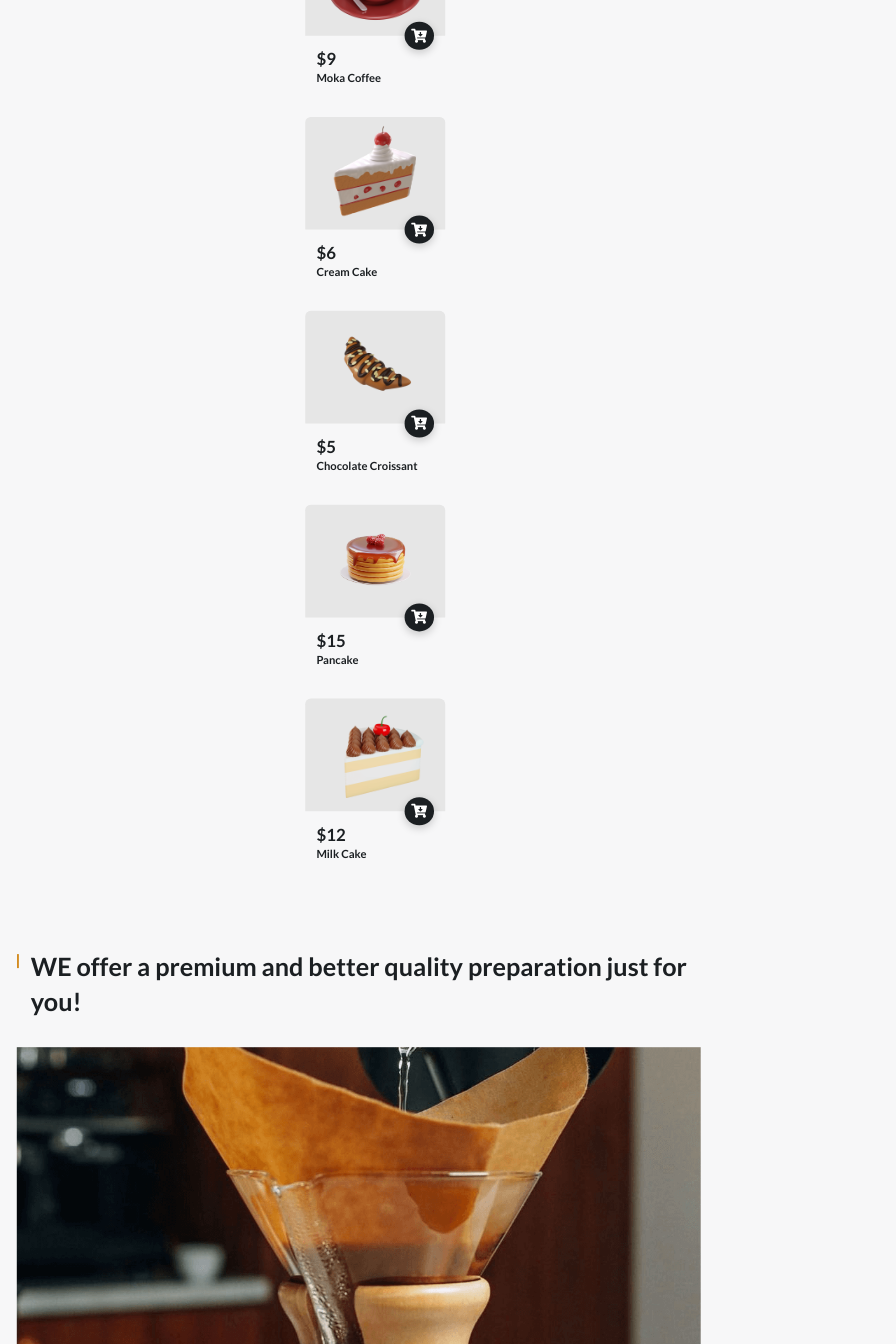
Repository: Nguyenductuan-dev/Website-coffee
Page: index.html
These files come from the project's save history. The page is drawn as it stood at one moment and after the next save; the edit follows.
The browser window is 1280 px wide. The pictures show the part of the page from y = 4580 to 6500 px (the page is 10393 px tall before and 7527 px after), at 70% of full size.

Above is the page before, as saved 2022-04-20 11:26:29.

After the next save:
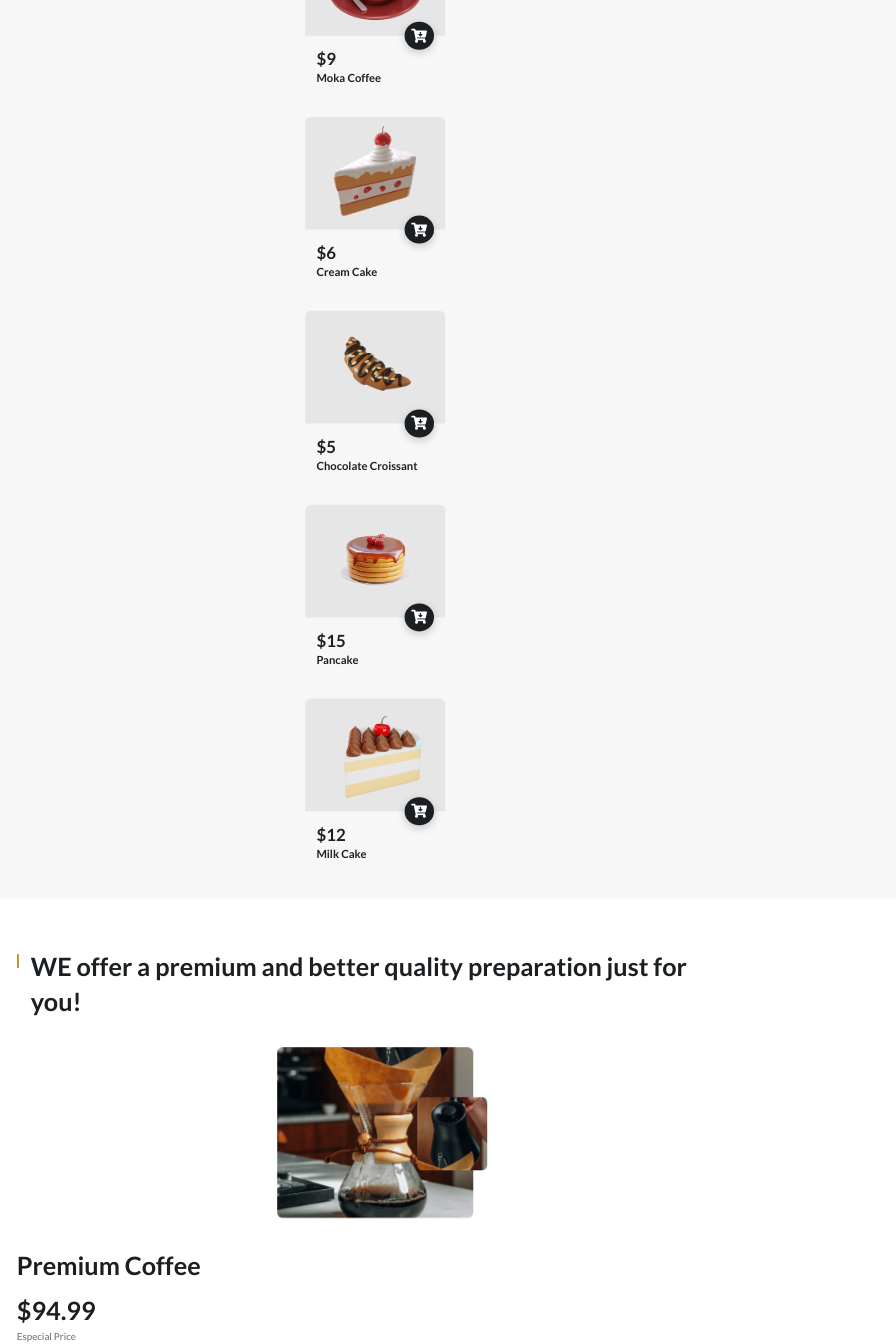
Saved 2 min 39 s later.
--- a/assets/css/style.css
+++ b/assets/css/style.css
@@ -378,3 +378,80 @@ button {
     transform: translateY(-.25rem);
 
 }
+/* =========== QUALITY ============ */
+.quality {
+    background-color: #fff;
+
+}
+.quality__content {
+    row-gap: 2.5rem;
+}
+.quality__images {
+    position: relative;
+    justify-self: center;
+}
+.quality__img-big,
+.quality__img-small {
+    border-radius: .5rem;
+}
+.quality__img-big {
+    width: 280px;
+}
+.quality__img-small {
+    width: 100px;
+    position: absolute;
+    top: 0;
+    bottom: 0;
+    margin: auto 0;
+    transform: translateX(-5rem);
+}
+.quality__title,
+.quality__price {
+    font-size: var(--h1-font-size);
+}
+.quality__title {
+    margin-bottom: .75rem;
+}
+.quality__price {
+    margin-bottom: .25rem;
+}
+.quality__special {
+    display: block;
+    font-size: var(--small-font-size);
+    margin-bottom: .75rem;
+}
+.quality__description {
+    margin-bottom: 2.5rem;
+}
+.quality__buttons {
+    display: flex;
+    align-items: center;
+    column-gap: 2rem;
+}
+.quality__button {
+    font-size: var(--normal-font-size);
+    text-transform: uppercase;
+    color: var(--tittle-color);
+    display: inline-flex;
+    align-items: center;
+    column-gap: .75rem;
+}
+.quality__button i {
+    font-size: 1.25rem;
+    transition: .4s;
+}
+.quality__button:hover i{
+    transform: translateX(.25rem);
+}
+/* =========== LOGO ============ */
+.logo {
+    background-color: #fff;
+}
+.logo__container {
+    grid-template-columns: repeat(3, 1fr);
+    align-items: center;
+    justify-content: center;
+    gap: 2.5rem 2rem;
+    border-top: 1px solid var(--text-color-light);
+    padding-top: 2.5rem;
+}
